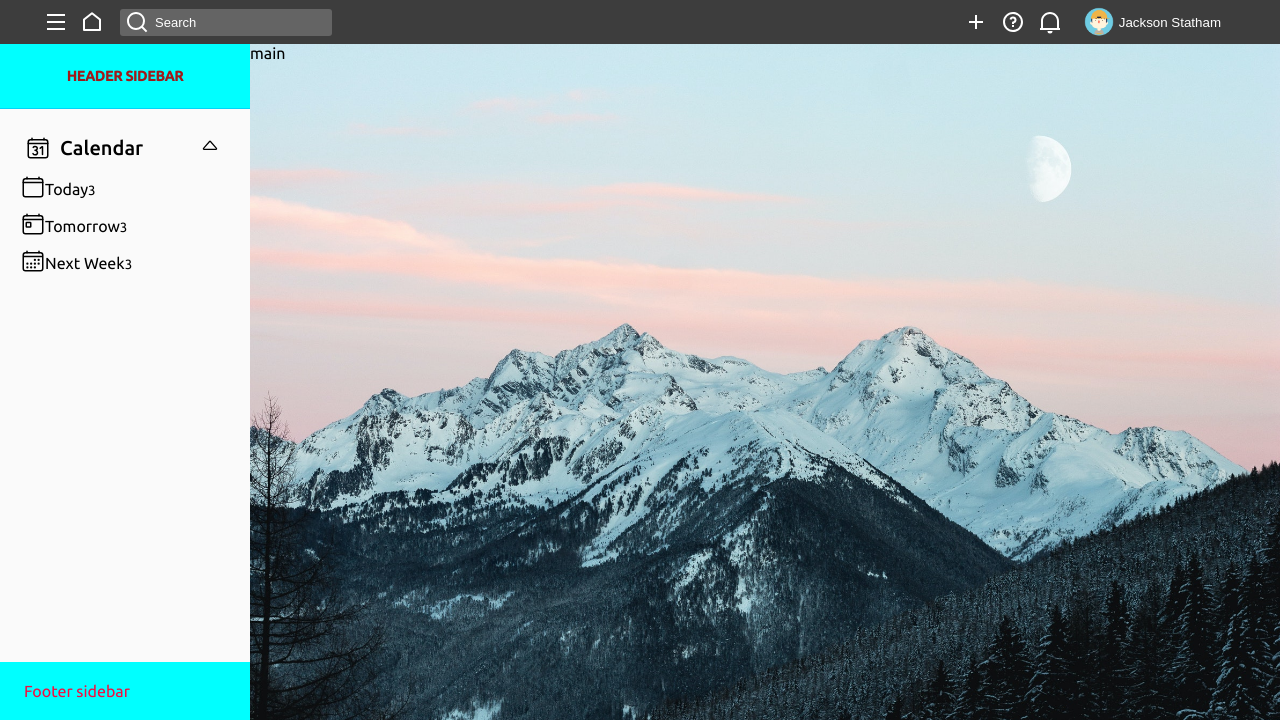
Repository: huuthe1999/to-do-list
Page: /
An editor plug-in stored every save of this project. The page is shown before and after the next save, followed by the edit.
The browser window is 1280 px wide. The pictures show the whole page.
The project was rebuilt for these pictures with package versions that can differ from the ones it lists, and the page was loaded fresh each time. Also part of the build but not shown: src/components/form/addForm/addForm.scss, src/components/form/addForm/AddForm.js, src/components/modal/modal.scss, src/components/modal/Modal.js.

Above is the page before, as saved 2022-02-17 15:14:37.

### public/index.html
<!DOCTYPE html>
<html lang="en">
	<head>
		<meta charset="utf-8" />
		<link rel="icon" href="%PUBLIC_URL%/favicon.ico" />
		<meta name="viewport" content="width=device-width, initial-scale=1" />
		<meta name="theme-color" content="#000000" />
		<meta
			name="description"
			content="Web site created using create-react-app"
		/>
		<link rel="apple-touch-icon" href="%PUBLIC_URL%/logo192.png" />
		<!--
      manifest.json provides metadata used when your web app is installed on a
      user's mobile device or desktop. See https://developers.google.com/web/fundamentals/web-app-manifest/
    -->
		<link rel="manifest" href="%PUBLIC_URL%/manifest.json" />
		<!--
      Notice the use of %PUBLIC_URL% in the tags above.
      It will be replaced with the URL of the `public` folder during the build.
      Only files inside the `public` folder can be referenced from the HTML.

      Unlike "/favicon.ico" or "favicon.ico", "%PUBLIC_URL%/favicon.ico" will
      work correctly both with client-side routing and a non-root public URL.
      Learn how to configure a non-root public URL by running `npm run build`.
    -->
		<title>React Redux App</title>
	</head>
	<body>
		<noscript>You need to enable JavaScript to run this app.</noscript>
		<div id="modal"></div>
		<div id="root"></div>
		<!--
      This HTML file is a template.
      If you open it directly in the browser, you will see an empty page.

      You can add webfonts, meta tags, or analytics to this file.
      The build step will place the bundled scripts into the <body> tag.

      To begin the development, run `npm start` or `yarn start`.
      To create a production bundle, use `npm run build` or `yarn build`.
    --></body>
</html>

### src/index.js
import React from 'react';
import ReactDOM from 'react-dom';
import { Provider } from 'react-redux';
import App from './App';
import { store } from './app/store';

ReactDOM.render(
	<React.StrictMode>
		<Provider store={store}>
			<App />
		</Provider>
	</React.StrictMode>,
	document.getElementById('root'),
);

### src/App.js
import React from 'react';
// import { Counter } from './features/counter/Counter';
import './App.scss';
import Main from './components/main/Main';
import SideBar from './components/sideBar/SideBar';
import TopBar from './components/topBar/TopBar';
function App() {
	return (
		<div className='app'>
			<TopBar />
			<div className='container'>
				<SideBar />
				<Main />
			</div>
		</div>
	);
}

export default App;

### src/App.scss
@import url('https://fonts.googleapis.com/css2?family=Ubuntu:wght@300;400;500&display=swap');
*,
*::before,
*::after {
	margin: 0;
	padding: 0;
	box-sizing: border-box;
}

:root {
	--icon-color: #fff;
	--icon-size: 40px;

	--bg: rgb(53, 42, 42);
	--bg-input: hsla(0, 0%, 100%, 0.2);
	// Header
	--hd-text-color: #ffffff;
	--hd-icon-color-hover: #202020;
}

.app {
	font-family: 'Ubuntu', sans-serif;
	font-size: 16px;
	width: 100vw;
	height: 100vh;
	background-color: var(--bg);
	overflow: hidden;
}

.container {
	display: flex;
	height: calc(100% - 44px);
}

button {
	border: none;
	outline: none;
	cursor: pointer;
	background-color: transparent;
}

a {
	text-decoration: none;
}

ul {
	list-style-type: none;
}

### src/components/main/Main.js
import './main.scss';

const Main = () => {
	return <div className='main'>main</div>;
};

export default Main;

### src/components/sideBar/SideBar.js
import Calendar from '../calendar/Calendar';
import './sideBar.scss';

const SideBar = () => {
	return (
		<div className='sidebar'>
			<div className='sidebar__inner'>
				<div className='sidebar__layout'>
					<div className='sidebar__layout-header'>
						<p>Header sidebar</p>
					</div>
					<div className='sidebar__layout-content'>
						<Calendar />
					</div>
					<div className='sidebar__layout-footer'>Footer sidebar</div>
				</div>
			</div>
		</div>
	);
};

export default SideBar;

### src/components/topBar/TopBar.js
import { useState } from 'react';
import {
	RiAddLine,
	RiHomeLine,
	RiMenuLine,
	RiNotification2Line,
	RiQuestionLine,
	RiSearchLine,
} from 'react-icons/ri';
import Avatar from '../../assets/images/avatar.png';
import AddForm from '../form/addForm/AddForm';
import Modal from '../modal/Modal';
import './topbar.scss';
const TopBar = () => {
	const [modal, setShowModal] = useState(false);
	return (
		<header className='topbar'>
			<div className='topbar__inner'>
				<div className='topbar__inner-leftControl'>
					<button className='topbar__button leftControl'>
						<RiMenuLine className='topbar__button-icon' />
					</button>

					<button className='topbar__button leftControl'>
						<RiHomeLine className='topbar__button-icon' />
					</button>
					<div className='topbar__inner-leftControl-search'>
						<RiSearchLine className='topbar__button-icon topbar__button-icon-search' />
						<input type='text' placeholder='Search' />
					</div>
				</div>
				<div className='topbar__inner-rightControl'>
					<Modal showModal={modal} setShowModal={setShowModal}>
						<AddForm setShowModal={setShowModal} />
					</Modal>
					<button className='topbar__button rightControl'>
						<RiAddLine
							className='topbar__button-icon'
							onClick={() => setShowModal(true)}
						/>
					</button>
					<button className='topbar__button rightControl'>
						<RiQuestionLine className='topbar__button-icon' />
					</button>
					<button className='topbar__button rightControl'>
						<RiNotification2Line className='topbar__button-icon' />
					</button>
					<button className='topbar__button info'>
						<img src={Avatar} alt='avatar' />
						<p>Jackson Statham</p>
					</button>
				</div>
			</div>
		</header>
	);
};

export default TopBar;

### src/features/counter/counterSlice.js
import { createAsyncThunk, createSlice } from '@reduxjs/toolkit';
import { fetchCount } from './counterAPI';

const initialState = {
  value: 0,
  status: 'idle',
};

// The function below is called a thunk and allows us to perform async logic. It
// can be dispatched like a regular action: `dispatch(incrementAsync(10))`. This
// will call the thunk with the `dispatch` function as the first argument. Async
// code can then be executed and other actions can be dispatched. Thunks are
// typically used to make async requests.
export const incrementAsync = createAsyncThunk(
  'counter/fetchCount',
  async (amount) => {
    const response = await fetchCount(amount);
    // The value we return becomes the `fulfilled` action payload
    return response.data;
  }
);

export const counterSlice = createSlice({
  name: 'counter',
  initialState,
  // The `reducers` field lets us define reducers and generate associated actions
  reducers: {
    increment: (state) => {
      // Redux Toolkit allows us to write "mutating" logic in reducers. It
      // doesn't actually mutate the state because it uses the Immer library,
      // which detects changes to a "draft state" and produces a brand new
      // immutable state based off those changes
      state.value += 1;
    },
    decrement: (state) => {
      state.value -= 1;
    },
    // Use the PayloadAction type to declare the contents of `action.payload`
    incrementByAmount: (state, action) => {
      state.value += action.payload;
    },
  },
  // The `extraReducers` field lets the slice handle actions defined elsewhere,
  // including actions generated by createAsyncThunk or in other slices.
  extraReducers: (builder) => {
    builder
      .addCase(incrementAsync.pending, (state) => {
        state.status = 'loading';
      })
      .addCase(incrementAsync.fulfilled, (state, action) => {
        state.status = 'idle';
        state.value += action.payload;
      });
  },
});

export const { increment, decrement, incrementByAmount } = counterSlice.actions;

// The function below is called a selector and allows us to select a value from
// the state. Selectors can also be defined inline where they're used instead of
// in the slice file. For example: `useSelector((state: RootState) => state.counter.value)`
export const selectCount = (state) => state.counter.value;

// We can also write thunks by hand, which may contain both sync and async logic.
// Here's an example of conditionally dispatching actions based on current state.
export const incrementIfOdd = (amount) => (dispatch, getState) => {
  const currentValue = selectCount(getState());
  if (currentValue % 2 === 1) {
    dispatch(incrementByAmount(amount));
  }
};

export default counterSlice.reducer;

### src/components/main/main.scss
.main {
	width: 100%;
	height: 100%;
	background-image: url(../../assets/images/bg_main.jpg);
	background-repeat: no-repeat;
	background-size: cover;
	overflow-y: auto;
}

### src/components/calendar/Calendar.js
import React from 'react';
import { BsCaretUp } from 'react-icons/bs';
import {
	IoCalendarClearOutline,
	IoCalendarNumberOutline,
	IoCalendarOutline,
	IoTodayOutline,
} from 'react-icons/io5';
import './calendar.scss';
import CalendarItem from './calendarItem/CalendarItem';
const calendarList = [
	{ id: 1, name: 'Today', icon: <IoCalendarClearOutline size='24px' /> },
	{ id: 2, name: 'Tomorrow', icon: <IoTodayOutline size='24px' /> },
	{ id: 3, name: 'Next Week', icon: <IoCalendarOutline size='24px' /> },
];
const Calendar = () => {
	return (
		<div className='calendar'>
			<div className='calendar__header'>
				<div className='calendar__header--title'>
					<IoCalendarNumberOutline size='24px' />
					<p>Calendar</p>
				</div>
				<div className='calendar__header--expand'>
					<span>
						<BsCaretUp />
					</span>
				</div>
			</div>
			<div className='calendar__content'>
				<div className='calendar__content--wrapper'>
					<div className='calendar__content--wrapper--inner'>
						<ul className='calendar__content--list'>
							{calendarList.map(({ id, name, icon }) => (
								<CalendarItem
									key={id}
									name={name}
									icon={icon}
								/>
							))}
						</ul>
					</div>
				</div>
			</div>
		</div>
	);
};

export default Calendar;

### src/components/sideBar/sideBar.scss
.sidebar {
	position: relative;
	z-index: 109;
	height: 100%;
	background-color: aqua;
	min-width: 250px;
	width: 300px;
	transition: all 0.3s cubic-bezier(0.4, 0, 0.2, 1);

	&__inner {
		height: 100%;
		position: relative;
		z-index: 101;
	}

	&__layout {
		height: 100%;
		overflow-y: auto;
		overflow-x: hidden;
		display: flex;
		flex-direction: column;
		position: relative;
		z-index: 101;

		&-header {
			border-bottom: 1px solid rgba(8, 41, 228, 0.2);

			p {
				text-align: center;
				color: rgb(160, 25, 25);
				padding: 24px;
				font-weight: bold;
				font-size: 14px;
				text-transform: uppercase;
			}
		}

		&-content {
			flex-grow: 1;
			padding: 1rem 0.5rem 1rem 1rem;
			background-color: #fafafa;
		}

		&-footer {
			padding: 20px 24px;
			color: rgb(245, 12, 62);
		}
	}
}

### src/components/topBar/topbar.scss
.topbar {
	display: flex;
	justify-content: center;
	align-items: center;
	background-color: #3d3d3d;
	flex-shrink: 0;
	padding: 0px 42px;
	font-size: 13px;
	color: #202020;
	height: 44px;

	&__inner {
		display: flex;
		justify-content: space-between;
		background-color: transparent;
		width: 100%;
		height: 100%;

		&-leftControl {
			display: flex;
			align-items: center;
			justify-content: flex-start;

			&-search {
				display: flex;
				align-items: center;
				position: relative;
				margin-left: 6px;

				&:hover {
					input {
						background-color: var(--hd-text-color);
						&::placeholder {
							color: var(--hd-icon-color-hover);
						}
					}
					* {
						color: var(--hd-icon-color-hover);
					}
				}

				input {
					font-size: 13px;
					color: var(--hd-text-color);
					background-color: var(--bg-input);
					outline: 0;
					border-radius: 3px;
					border: 1px solid transparent;
					padding: 5px 0 5px 34px;
					transition: all 0.15s cubic-bezier(0.4, 0, 0.2, 0.1);
					transition-property: background-color;

					&::placeholder {
						color: var(--hd-text-color);
					}
				}
			}
		}

		&-rightControl {
			display: flex;
			align-items: center;
			height: 44px;
			padding: 0px 12px;

			img {
				width: 100%;
				height: 100%;
			}
		}
	}

	&__button {
		display: flex;
		justify-content: center;
		align-items: center;
		border-radius: 3px;

		&:hover {
			background-color: var(--bg-input);
		}

		&.leftControl {
			height: 28px;
			min-width: 28px;
			margin-right: 8px;
		}

		&.rightControl {
			height: 32px;
			min-width: 32px;
			margin-left: 5px;
		}

		&.info {
			height: 100%;
			color: var(--hd-text-color);
			margin-left: 8px;
			padding: 0px 5px;
			img {
				width: 40px;
				height: 40px;
			}
		}
		&-icon {
			font-size: 24px;
			color: var(--icon-color);

			&-search {
				position: absolute;
				left: 5px;
				top: 50%;
				transform: translateY(-50%);
				color: var(--icon-color);
			}
		}
	}
}

### src/components/calendar/calendar.scss
.calendar {
	--font-size-label: 20px;
	&__header {
		font-size: var(--font-size-label);
		display: flex;
		align-items: center;
		cursor: pointer;
		padding: 10px;
		&--title {
			flex: 1;
			display: flex;
			align-items: center;

			& > p {
				font-weight: 500;
				margin-left: 10px;
			}
		}
		&--expand {
			display: flex;
			align-items: center;
			margin: 0 12px 0 10px;
		}
	}
	&__content {
		height: auto;

		&--wrapper {
			display: flex;

			&--inner {
				width: 100%;
			}
		}
	}
}

### src/components/calendar/calendarItem/CalendarItem.js
import './calendarItem.scss';
const CalendarItem = ({ name, icon }) => {
	return (
		<li className='calendar__content--item'>
			<span className='calendar__content--item-icon'>{icon}</span>
			<span className='calendar__content--item-content'>
				{name}
				<small>3</small>
			</span>
		</li>
	);
};

export default CalendarItem;

### src/components/calendar/calendarItem/calendarItem.scss
.calendar__content--item {
	border-radius: 5px;
	display: flex;
	align-items: center;
	padding: 5px 16px 5px 5px;
	cursor: pointer;
	background-color: transparent;

	&:hover {
		background: #ececec;
	}
}

Loaded but not shown: src/app/store.js (common file); src/features/counter/counterAPI.js (common file)

After the next save:
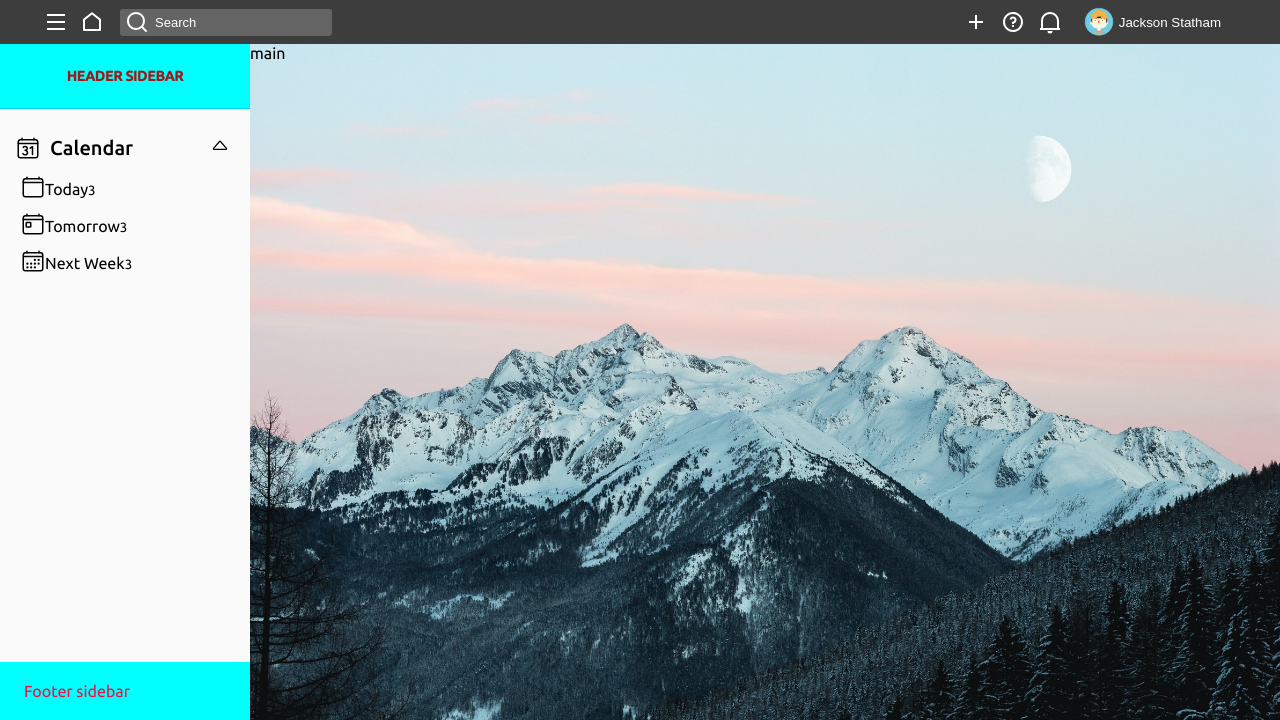
Saved 8 s later.
--- a/src/components/calendar/calendar.scss
+++ b/src/components/calendar/calendar.scss
@@ -5,7 +5,7 @@
 		display: flex;
 		align-items: center;
 		cursor: pointer;
-		padding: 10px;
+		padding: 10px 0px;
 		&--title {
 			flex: 1;
 			display: flex;
